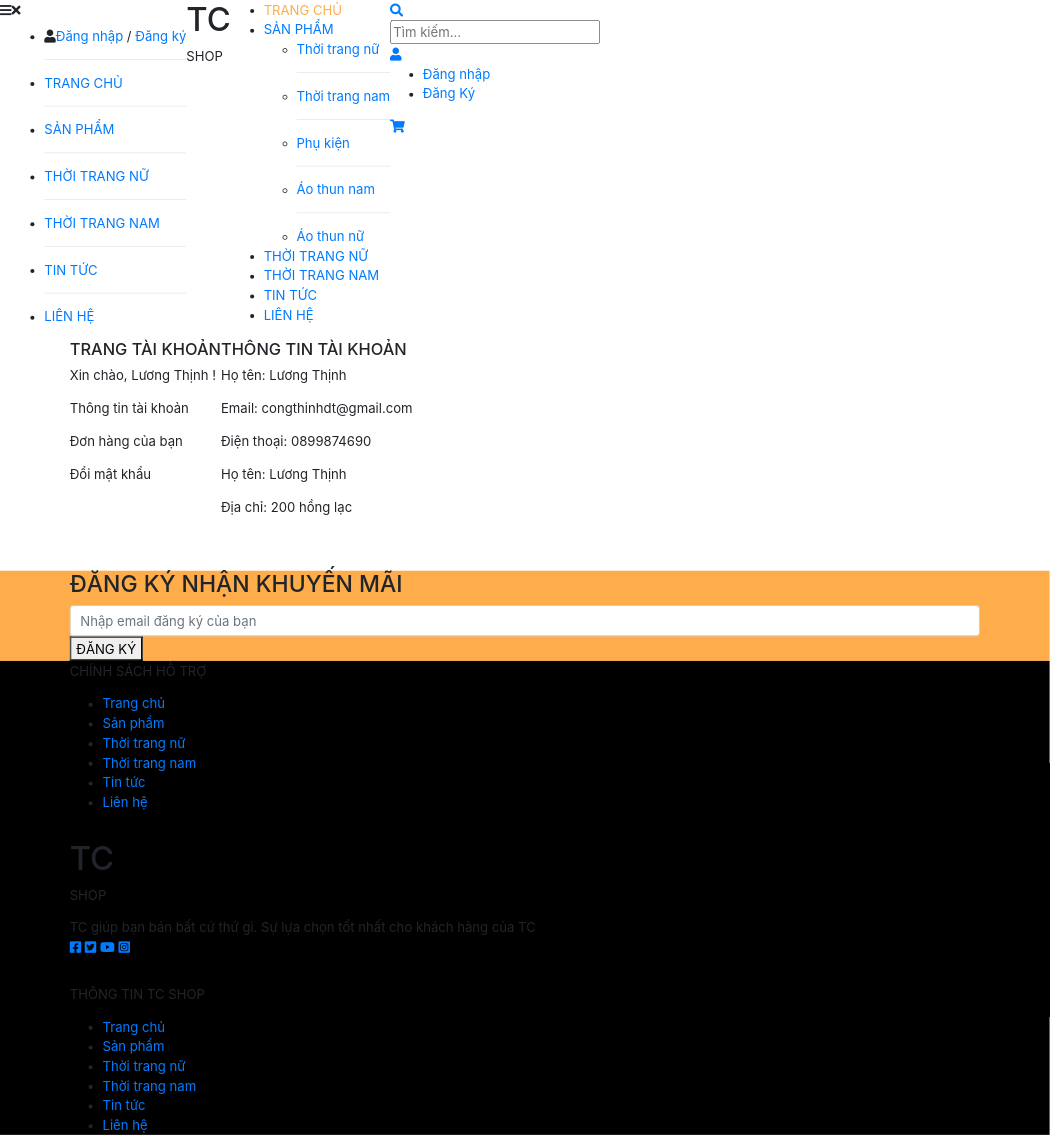
Repository: congthinh1701/TCshop
Page: ThongTinTaiKhoan.html
These files come from the project's save history. The page is drawn as it stood at one moment and after the next save; the edit follows.
The browser window is 1280 px wide. The pictures show the whole page, at 82% of full size.
The style sheet was rebuilt from its Sass, Less or Tailwind sources for each picture, by a compiler version that may differ from the author's.

Above is the page before, as saved 2021-09-08 17:03:06.

After the next save:
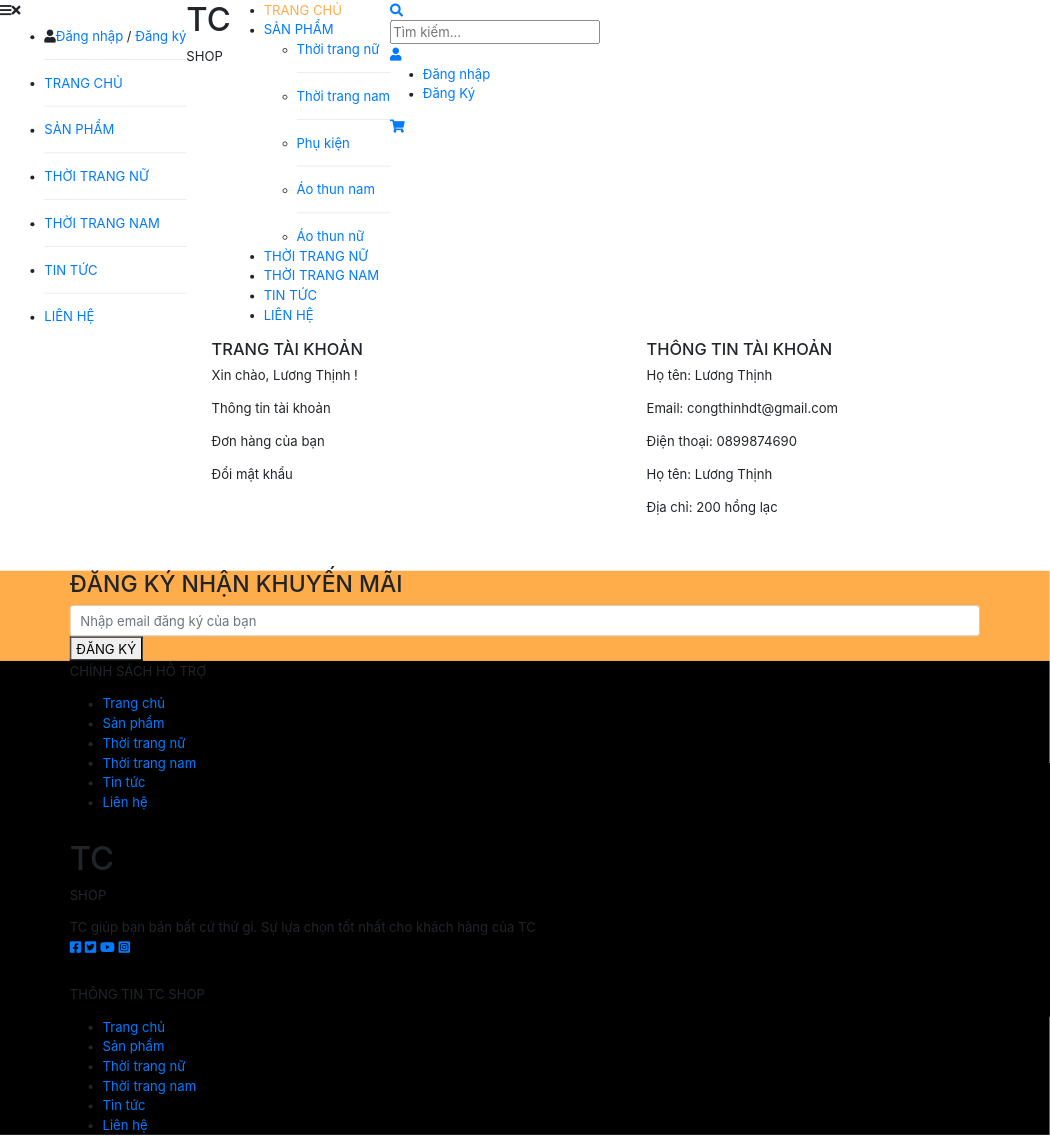
Saved 11 s later.
--- a/sass/style.scss
+++ b/sass/style.scss
@@ -5,5 +5,6 @@ $text-fontSizeTK:22px;
 $fontWeight:500;
 
 .admin{
-    display:flex
+    display:flex;
+    justify-content: space-around;
 }
